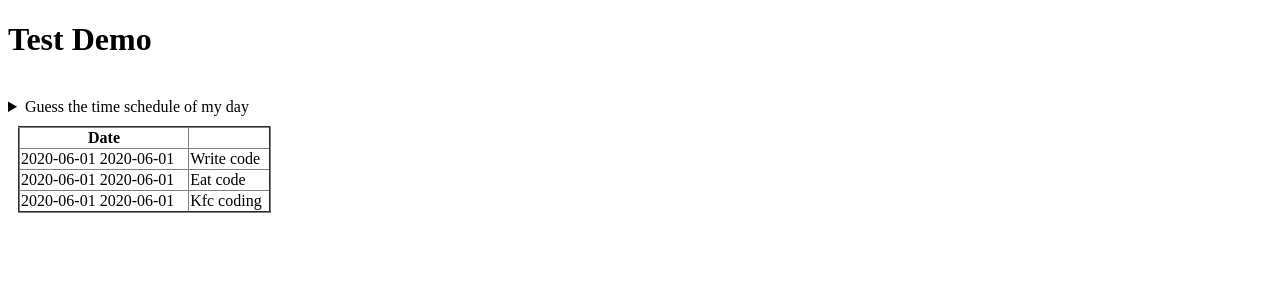
Repository: cavidk/taco_shop-web
Page: html basics/index.html
An editor plug-in stored every save of this project. The page is shown before and after the next save, followed by the edit.
The browser window is 1280 px wide. The pictures show the whole page.

Above is the page before, as saved 2024-06-07 14:07:58.

### html basics/index.html
<!DOCTYPE html>
<html lang="en">

<head>
   <meta charset="UTF-8">
   <meta name="viewport" content="width=device-width, initial-scale=1.0">
   <link rel="stylesheet" href="style.css" type="text/css">
   </link>
   <title>Document</title>
</head>

<body>
   <h1>Test Demo</h1>
   <br>
   <aside>
      <details>
         <summary>Guess the time schedule of my day</summary>
         <p>Details</p>

   </aside>


   <table border="2">
      <th>Date</th>
      <tr id="border1">
         <td>
            <time datetime="2020-06-01">2020-06-01</time>
            <time datetime="11:00">2020-06-01</datetime>
         </td>
         <td>Write code</td>
      </tr>

      <tr>
         <td>
            <time datetime="2020-06-01">2020-06-01</time>
            <time datetime="11:00">2020-06-01</datetime>
         </td>
         <td>Eat code</td>
      </tr>

      <tr>
         <td>
            <time datetime="2020-06-01">2020-06-01</time>
            <time datetime="11:00">2020-06-01</datetime>
         </td>
         <td>Kfc coding</td>
      </tr>
   </table>

</body>

</html>

### html basics/style.css
table{
      width: 20%;
      border-collapse: collapse;
      margin: 10px;
      padding: 10px;;
      border-radius: 50px;
}

After the next save:
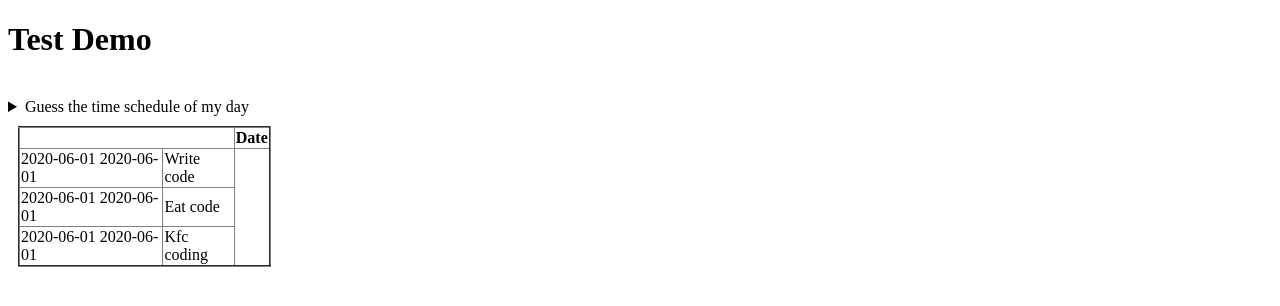
Saved 99 min 18 s later.
--- a/html basics/index.html
+++ b/html basics/index.html
@@ -21,6 +21,7 @@
 
 
    <table border="2">
+      <td colspan="2"></td>
       <th>Date</th>
       <tr id="border1">
          <td>
